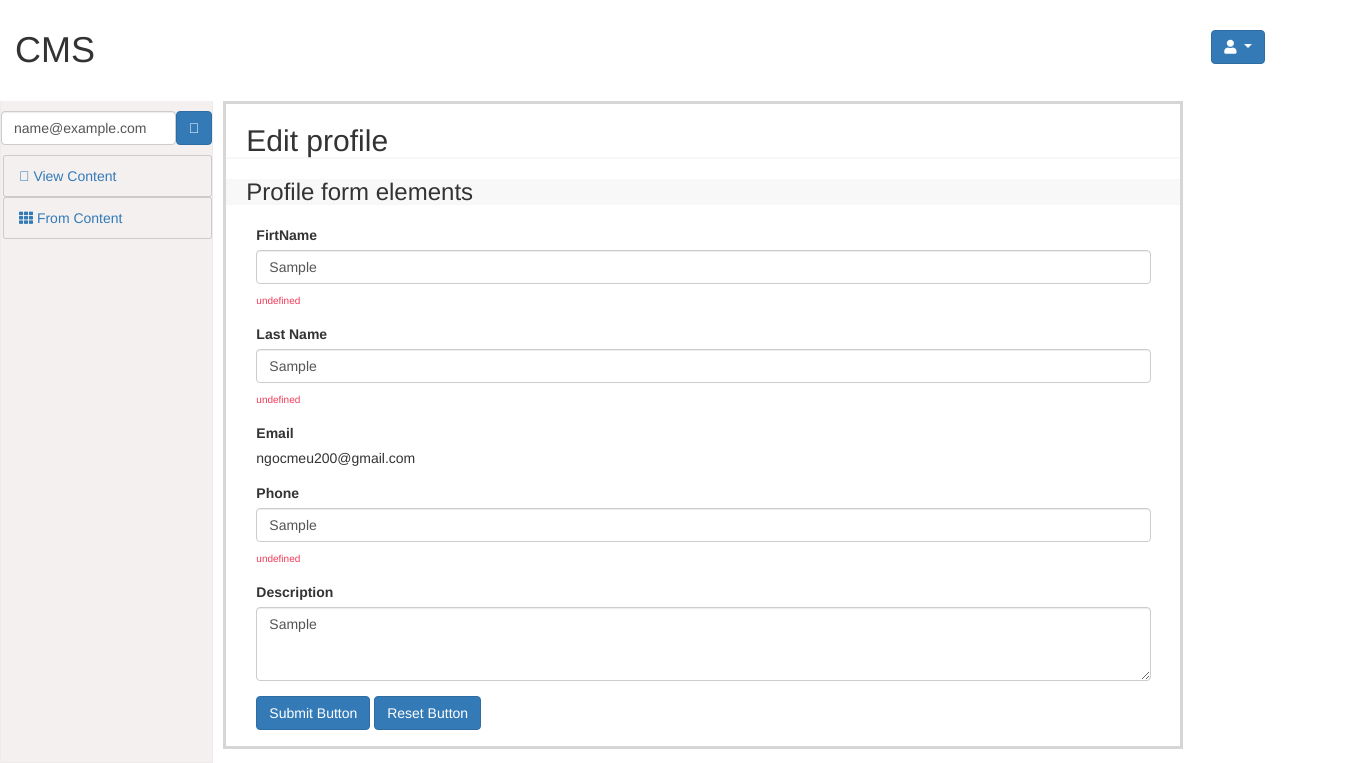
Repository: NgocNB20/travel
Page: NgocNb20_assigment8_9/edit.html
These files come from the project's save history. The page is drawn as it stood at one moment and after the next save; the edit follows.
The browser window is 1280 px wide. The page is 1366 px wide, so the pictures cover 1366 px, including what lies to the right of the window. The pictures show the whole page.
Empty fields were first filled with sample values (such as "Sample", 5 or name@example.com).
After loading, the first visible `#form_input` was submitted once.
Some web libraries are served in a nearby version.

Above is the page before, as saved 2021-10-06 15:27:11.

### NgocNb20_assigment8_9/edit.html
<!DOCTYPE html>
<html>

<head>
  <meta name="viewport" content="width=device-width, initial-scale=1.0">
  <link rel="stylesheet" href="https://maxcdn.bootstrapcdn.com/bootstrap/4.0.0/css/bootstrap.min.css"
    integrity="sha384-Gn5384xqQ1aoWXA+058RXPxPg6fy4IWvTNh0E263XmFcJlSAwiGgFAW/dAiS6JXm" crossorigin="anonymous">
  <link rel="canonical" href="https://getbootstrap.com/docs/5.1/examples/sidebars/">
  <link rel="stylesheet" href="https://maxcdn.bootstrapcdn.com/bootstrap/3.4.1/css/bootstrap.min.css">
  <link rel="stylesheet" href="https://pro.fontawesome.com/releases/v5.10.0/css/all.css"
    integrity="sha384-AYmEC3Yw5cVb3ZcuHtOA93w35dYTsvhLPVnYs9eStHfGJvOvKxVfELGroGkvsg+p" crossorigin="anonymous" />
  <link rel="stylesheet" href="./add.css">
  <link rel="stylesheet" href="./edit.css">
  <script src="https://ajax.googleapis.com/ajax/libs/jquery/3.4.1/jquery.min.js"></script>
  <script src="https://maxcdn.bootstrapcdn.com/bootstrap/3.4.1/js/bootstrap.min.js"></script>
</head>

<body>
  <div class="content">
    <div class="container-fluid">
      <div class="row menu-header">
        <div class="col-6">
          <h1 class="page-header ">CMS</h1>
        </div>
        <div class="col-6">
          <div class="btn-group">
            <button class="btn btn-primary dropdown-toggle" type="button" id="dropdownMenuButton"
              data-toggle="dropdown">
              <i class="fas fa-user"></i>
            </button>
            <div class="dropdown-menu">
              <a class="dropdown-item" href="/login.html"><i class="fas fa-sign-out-alt"></i>Logout</a>
              <a class="dropdown-item" href="./edit.html"><i class="fas fa-user"></i>User profile</a>
            </div>
          </div>
        </div>


      </div>

    </div>
    <div class="container-fluid">

      <div class="row">
        <div class="col-3"></div>
      </div>
      <div class="row">

        <div class="col-2 sidebar-left mb-auto flex-column">
          <div class="search">
            <input type="email" class="form-control search-query" placeholder="Search">
            <button type="submit" class="btn btn-primary btn-search"><i class="fad fa-search"></i></button>

          </div>
          <ul class="nav nav-pills flex-column mb-auto">
            <li class="nav-item">
            </li>
            <li>
              <a href="./view.html" class="nav-link link-dark">
                <i class="fal fa-pen-square"></i> View Content
              </a>
            </li>
            <li>
              <a href="./add.html" class="nav-link link-dark">
                <i class="fas fa-th"></i> From Content
              </a>
            </li>

          </ul>

        </div>
        <div class="col-9 sidebar-right">
          <h2 class="title-add">Edit profile</h2>
          <h3 class="title-form">Profile form elements</h3>
          <div class="container ">
            <div class="row form">
              <div class="col-10">
                <form id="form_input">
                  <div class="form-group ">
                    <label for="exampleFormControlInput1" class="form-desc">FirtName</label>
                    <input type="text" class="form-control" id="exampleFormControlInput1"
                      placeholder="Enter the first name">
                      <span class="form-message"></span>
                  </div>
                  <div class="form-group ">
                    <label for="exampleFormControlInput1" class="form-desc">Last Name</label>
                    <input type="text" class="form-control " id="exampleFormControlInput1"
                      placeholder="Enter the last name">
                      <span class="form-message"></span>
                  </div>
                  <div class="form-group ">
                    <label for="exampleFormControlInput1" class="form-desc">Email</label>
                     <br><span class="form-email" >ngocmeu200@gmail.com</span>
                  </div>
                  <div class="form-group ">
                    <label for="exampleFormControlInput1" class="form-desc">Phone</label>
                    <input type="text" class="form-control " id="exampleFormControlInput1"
                      placeholder="Enter your phone number">
                      <span class="form-message"></span>
                  </div>
                  <div class="form-group">
                    <label for="exampleFormControlTextarea1" class="form-desc">Description</label>
                    <textarea class="form-control" id="exampleFormControlTextarea1" rows="3"></textarea>
                  </div>
                  <div class="form-group">
                    <input class="btn btn-primary btn_submit123" type="submit" value="Submit Button">
                    <input class="btn btn-primary btn_reset123" type="button" value="Reset Button">
                  </div>


                </form>
              </div>

            </div>

          </div>
        </div>
      </div>
    </div>
  </div>

  <script type="text/javascript" src="./edit.js"></script>
</body>

</html>

### NgocNb20_assigment8_9/add.css
.content{
    width: 100%;
    height: 100vh;

}
.page-header h1{
    color:#a69c98;
    text-align: left;
}
.header {

    background-color:#f0eaeab4;
     height: 8vh;
     align-items: center;
    border: 1px solid #f0eaeab4;

}
.sidebar-left{
    background-color:#f0eaeab4;
    border: 1px solid #f0eaeab4;
    height:92vh;
    border-top: 0px;

}
.d-flex.flex-column.flex-shrink-0.p-3.bg-light {
    width: 100%;
}
.col-2.sidebar-left {
    padding: 0;
}
.d-flex.flex-column.flex-shrink-0.bg-light {
    height: 100%;
}


.form {

    margin: 0;

    padding: 0;

}
.title-add{
    padding-left: 2rem;
    margin-top: 2rem;
    margin-bottom: 1rem;
    border-bottom: 2px solid #f8f8f8;

}
h3.title-form {
     padding-left: 2rem;
     background-color:#f8f8f8;
    margin-bottom: 0;
}

.col-9.sidebar-right {
    margin-left: 1rem;
    padding: 0;
    border: 3px solid #3333;
    height: 90vh;
}
.btn-search{
 cursor: pointer;
 margin: 0;
}
.search {

    display: flex;
    justify-content: flex-start;
    margin-top: 1rem;

}
.search-query{
    width: 70%;
}
h3.title-form {
    margin-bottom: 2rem;
}

.form-desc{
    font-weight: bold;
}
.page-header {
    padding-bottom: 0;
    margin:0;
    border-bottom:0 solid #eee;
}
.row.menu-header {
    justify-content: space-between;
    margin-top: 3rem;
    margin-bottom: 3rem;
}
.row.menu-header {
    text-align: right;
}
h1.page-header {
    text-align: left;
}

.dropdown-menu {
    position: absolute;
    top: 100%;
    left: -62px;
    z-index: 1000;
    display: none;
    float: left;
    min-width: 120px;
    padding: 5px 0;
    margin: 2px 0 0;
    font-size: 14px;
    text-align: left;
    list-style: none;
    background-color: #fff;
    background-clip: padding-box;
    border: 1px solid #ccc;
    border: 1px solid rgba(0,0,0,.15);
    border-radius: 4px;
    -webkit-box-shadow: 0 6px 12px rgb(0 0 0 / 18%);
    box-shadow: 0 6px 12px rgb(0 0 0 / 18%);
}
a.nav-link.link-dark {
    border: 1px solid #3333;
}
ul.nav.nav-pills.flex-column.mb-auto {
    margin-top: 1rem;
}
input.form-control.search-query {
    flex: 1 0 60%;
}

### NgocNb20_assigment8_9/edit.css
.form-email{
    border: 0px;
}
span.form-message {
    font-size: 1rem;
    display: inline-block;
    padding-top: 1rem;
}
.invalid {
    border-color: #f33a58;
  }
  .form-message{
      color:#f33a58;
  }

### NgocNb20_assigment8_9/edit.js
var formElement = document.querySelector("#form_input");
var inputElement=formElement.querySelectorAll("input.form-control");

formElement.onsubmit = (event) => {
  event.preventDefault();
   inputElement.forEach((input)=>{
    var errorMessage = input.parentElement.querySelector('.form-message');
    errorMessage.innerText = minLength(input.value);
        input.classList.remove('invalid');
    if (minLength(input.value)) {
        errorMessage.innerText = minLength(input.value);
        input.classList.add('invalid');
    }
   })
}
function minLength(value) {
    return (value.length <= 50) ? undefined : `max length 50 charator`;
}

After the next save:
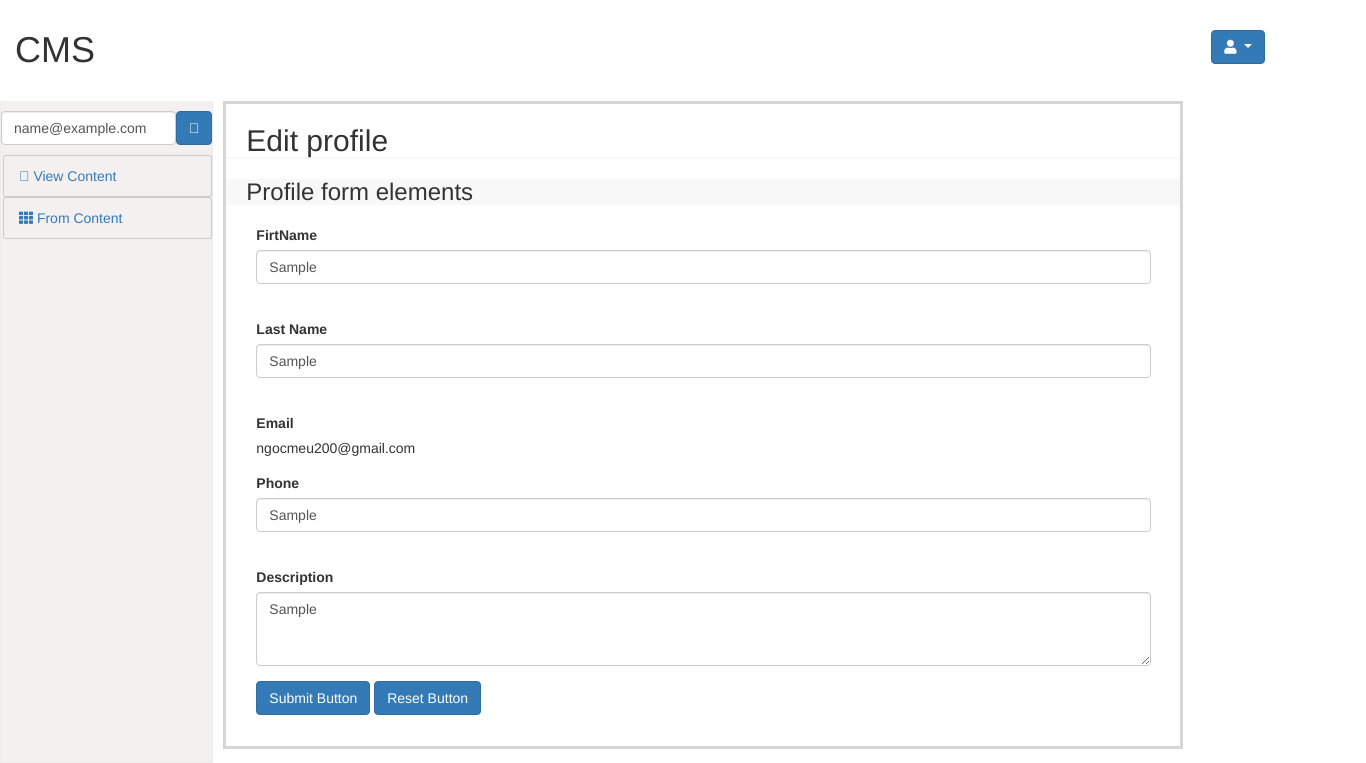
Saved 5 s later.
--- a/NgocNb20_assigment8_9/edit.js
+++ b/NgocNb20_assigment8_9/edit.js
@@ -5,7 +5,7 @@ formElement.onsubmit = (event) => {
   event.preventDefault();
    inputElement.forEach((input)=>{
     var errorMessage = input.parentElement.querySelector('.form-message');
-    errorMessage.innerText = minLength(input.value);
+    errorMessage.innerText = " ";
         input.classList.remove('invalid');
     if (minLength(input.value)) {
         errorMessage.innerText = minLength(input.value);
